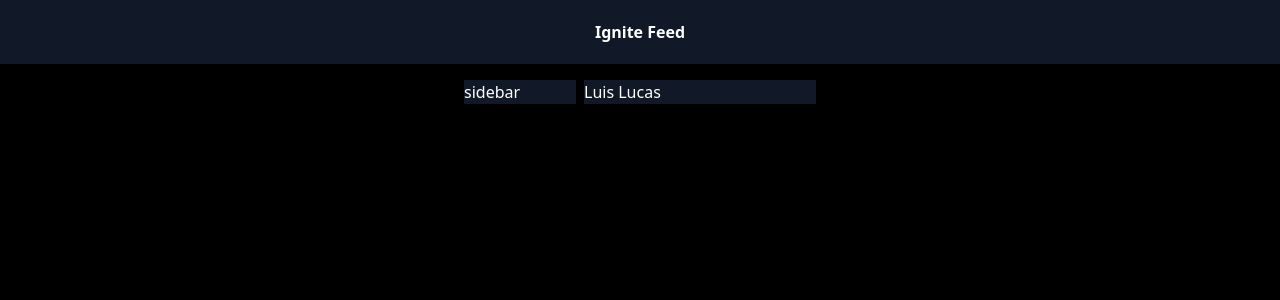
Repository: LuisSempre/ignite-feed
Page: /
An editor plug-in stored every save of this project. The page is shown before and after the next save, followed by the edit.
The browser window is 1280 px wide. The pictures show the whole page.
The project was rebuilt for these pictures with package versions that can differ from the ones it lists, and the page was loaded fresh each time. Also part of the build but not shown: vite.config.js.

Above is the page before, as saved 2022-07-13 21:18:30.

After the next save:
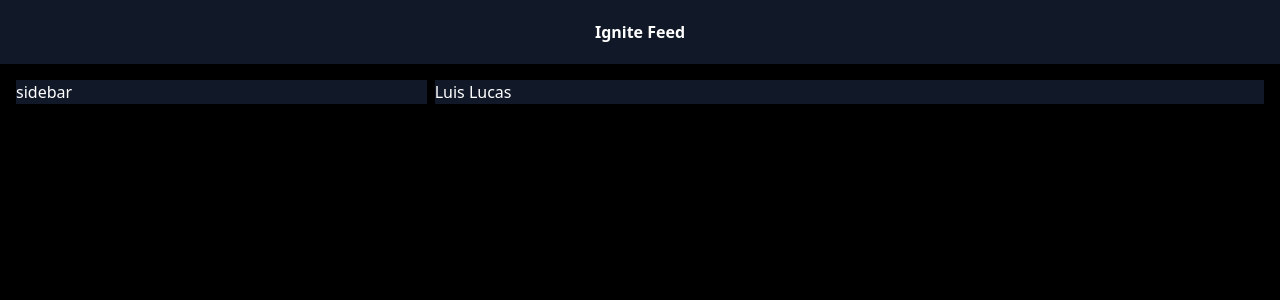
Saved 21 s later.
--- a/src/App.jsx
+++ b/src/App.jsx
@@ -3,7 +3,7 @@ function App() {
   return (
     <div>
       <Header />
-      <div className="max-w-sm mx-auto p-4 grid grid-cols-3 gap-2 items-start">
+      <div className="max-w-7xl mx-auto p-4 grid grid-cols-3 gap-2 items-start">
         <div className="bg-gray-900">
           sidebar
         </div>
